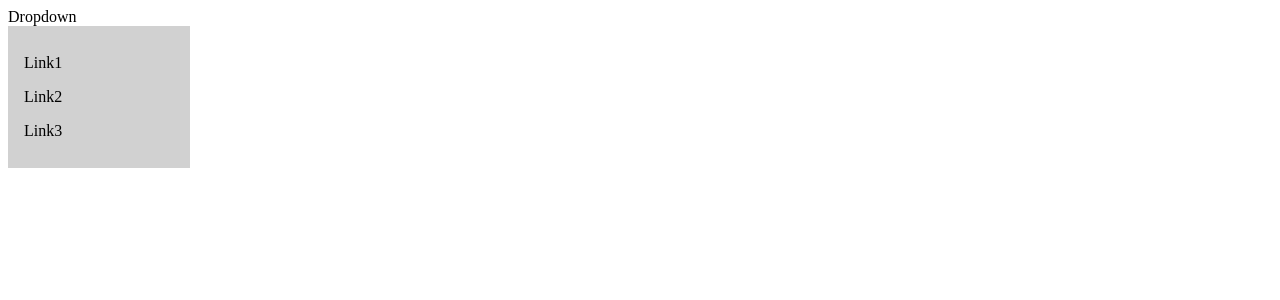
Repository: nvngon2604/Git
Page: web/index.html
These files come from the project's save history. The page is drawn as it stood at one moment and after the next save; the edit follows.
The browser window is 1280 px wide. The pictures show the whole page.
Some web libraries are served in a nearby version.

Above is the page before, as saved 2020-05-10 11:13:52.

### web/index.html
<!DOCTYPE html>
<html lang="en">
<head>
    <meta charset="UTF-8">
    <meta name="viewport" content="width=device-width, initial-scale=1.0">
    <script src="https://kit.fontawesome.com/c1afb31dbf.js" crossorigin="anonymous"></script>
    <link href="https://fonts.googleapis.com/css2?family=Raleway:wght@200&display=swap" rel="stylesheet">
    <link rel="stylesheet" href="article.css">
    <link rel="stylesheet" href="web.css">
    <title>Document</title>
</head>
<body>
    <div class="dropdown">
        <span>Dropdown</span>
        <div class="dropdown-content">
            <p>Link1</p>
            <p>Link2</p>
            <p>Link3</p>
        </div>
    </div>
</html>

### web/article.css
article{
    width: 150px;
    margin: 40px 100px;
}
article ul li{
    list-style: none;
    margin: 35px 0;
}
article ul li a {
    text-decoration: none;
    color: rgb(0, 0, 0);
}
article ul li a:hover{
    color: white;
    transition: 0.2s;
}

### web/web.css
.dropdown {
    position: relative;
}
.dropdown-content {
    position: absolute;
    display: ;
    min-width: 150px;
    background-color: rgb(209, 209, 209);
    padding: 12px 16px;
}

After the next save:
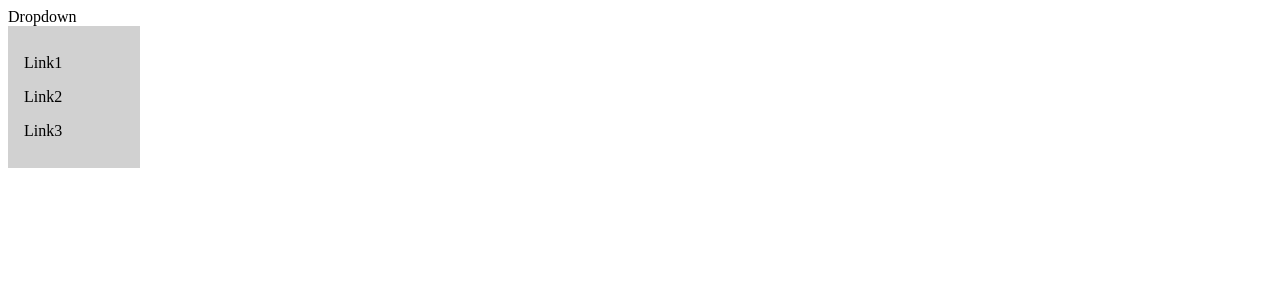
Saved 4 s later.
--- a/web/web.css
+++ b/web/web.css
@@ -4,7 +4,7 @@
 .dropdown-content {
     position: absolute;
     display: ;
-    min-width: 150px;
+    min-width: 100px;
     background-color: rgb(209, 209, 209);
     padding: 12px 16px;
 }
